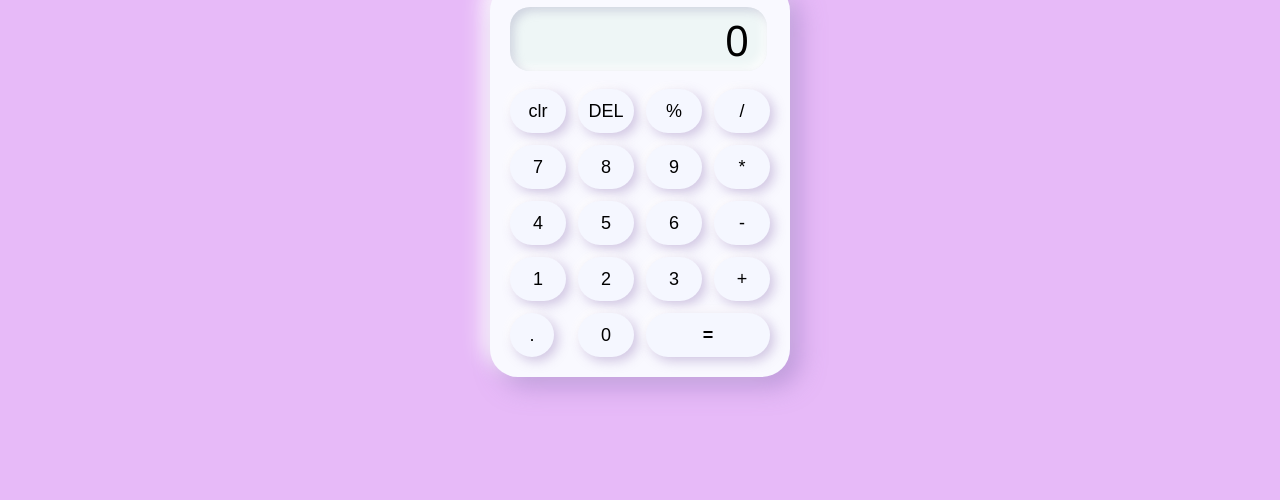
Repository: meti-guda/simple-calculator
Page: index.html
These files come from the project's save history. The page is drawn as it stood at one moment and after the next save; the edit follows.
The browser window is 1280 px wide. The pictures show the whole page.

Above is the page before, as saved 2025-12-11 12:39:16.

### index.html
<!DOCTYPE html>
<html lang="en">
  <head>
    <meta charset="UTF-8" />
    <title>Simple Calculator</title>
    <link rel="stylesheet" href="style.css" />
  </head>
  <body>
    <div class="contianer">
      <div class="calculator">
        <div class="display">
          <div class="expression" id="expression">0</div>
        </div>

        <div class="values">
          <button data-action="clear">clr</button>
          <button data-action="del">DEL</button>
          <button data-value="%">%</button>
          <button data-value="/">/</button>

          <button data-value="7">7</button>
          <button data-value="8">8</button>
          <button data-value="9">9</button>
          <button data-value="*">*</button>

          <button data-value="4">4</button>
          <button data-value="5">5</button>
          <button data-value="6">6</button>
          <button data-value="-">-</button>

          <button data-value="1">1</button>
          <button data-value="2">2</button>
          <button data-value="3">3</button>
          <button data-value="+">+</button>

          <button class="dot" data-value=".">.</button>
          <button data-value="0">0</button>
          <button class="equal" data-action="equals">=</button>
        </div>
      </div>
    </div>

    <script src="index.js"></script>
  </body>
</html>

### style.css
body {
  height: 50vh;
  display: flex;
  align-items: center;
  justify-content: center;
  background-color: #e7baf8;
  font-family: "Segoe UI", system-ui, sans-serif;
  box-sizing: border-box;
  margin: 0;
  padding: 0;
}

.container {
  padding: 16px;
}

.calculator {
  width: 260px;
  padding: 24px 20px 20px;
  border-radius: 28px;
  background-color: #f9f9ff;
  box-shadow: 10px 10px 25px rgba(150, 121, 189, 0.5),
    -8px -8px 20px rgba(255, 255, 255, 0.95);
}

.display {
  width: 85%;
  height: 64px;
  border-radius: 20px;
  background-color: #eef6f6;
  box-shadow: inset 4px 4px 10px rgba(161, 161, 190, 0.4),
    inset -4px -4px 10px rgba(255, 255, 255, 0.9);
  display: flex;
  align-items: center;
  justify-content: flex-end;
  padding: 0 18px;
  margin-bottom: 18px;
  overflow: hidden;
}

.expression {
  font-size: 42px;
  color: #000;
  white-space: nowrap;
}

.values {
  display: grid;
  grid-template-columns: repeat(4, 1fr);
  grid-gap: 12px;
}

.values button {
  border: none;
  outline: none;
  height: 44px;
  border-radius: 999px;
  background-color: #f5f7ff;
  box-shadow: 4px 4px 12px rgba(157, 132, 188, 0.45),
    -3px -3px 9px rgba(255, 255, 255, 1);
  color: #000;
  font-size: 18px;
  cursor: pointer;
  transition: transform 0.08s ease, box-shadow 0.08s ease, background 0.1s;
}

.values button:active {
  transform: translateY(1px);
  box-shadow: inset 3px 3px 8px rgba(157, 132, 188, 0.45),
    inset -2px -2px 6px rgba(255, 255, 255, 1);
}
button:hover {
  background-color: #a170af;
  color: white;
}
.dot {
  justify-self: flex-start;
  width: 44px;
}

.equal {
  grid-column: span 2;
  font-weight: 600;
  box-shadow: 4px 4px 12px rgba(160, 100, 150, 0.6),
    -3px -3px 9px rgba(255, 255, 255, 1);
}

.equal:active {
  box-shadow: inset 3px 3px 8px rgba(160, 100, 150, 0.6),
    inset -2px -2px 6px rgba(255, 255, 255, 1);
}

### index.js
class Calculator {
  constructor() {
    this.displayValue = "0";
    this.previousValue = null;
    this.operation = null;
    this.shouldResetDisplay = false;

    // your display div has class="expression"
    this.displayElement = document.querySelector(".expression");

    this.setupEventListeners();
    this.updateDisplay();
  }

  setupEventListeners() {
    // number buttons: have data-value with 0–9 but NO data-action
    document.querySelectorAll(".values button").forEach((btn) => {
      const action = btn.dataset.action;
      const value = btn.dataset.value;

      if (!action && value !== undefined) {
        // treat as number or dot key
        if (value === ".") {
          btn.addEventListener("click", () => this.handleDecimal());
        } else {
          btn.addEventListener("click", () => this.handleNumber(value));
        }
      } else if (action) {
        // action keys
        if (action === "equals") {
          btn.addEventListener("click", () => this.handleEquals());
        } else if (action === "clear") {
          btn.addEventListener("click", () => this.handleClear());
        } else if (action === "del") {
          btn.addEventListener("click", () => this.handleDelete());
        }
      }

      // operator keys have data-value of + - * / %
      if (["+", "-", "*", "/", "%"].includes(value)) {
        btn.addEventListener("click", () => this.handleOperator(value));
      }
    });

    // keyboard support
    document.addEventListener("keydown", (e) => this.handleKeyboard(e));
  }

  handleNumber(num) {
    if (this.shouldResetDisplay) {
      this.displayValue = num;
      this.shouldResetDisplay = false;
    } else {
      this.displayValue =
        this.displayValue === "0" ? num : this.displayValue + num;
    }
    this.updateDisplay();
  }

  handleDecimal() {
    if (this.shouldResetDisplay) {
      this.displayValue = "0.";
      this.shouldResetDisplay = false;
    } else if (!this.displayValue.includes(".")) {
      this.displayValue += ".";
    }
    this.updateDisplay();
  }

  handleOperator(op) {
    const current = parseFloat(this.displayValue);

    if (this.previousValue === null) {
      this.previousValue = current;
    } else if (this.operation) {
      const result = this.calculate(
        this.previousValue,
        current,
        this.operation
      );
      this.displayValue = this.formatResult(result);
      this.previousValue = result;
      this.updateDisplay();
    }

    this.operation = op;
    this.shouldResetDisplay = true;
  }

  handleEquals() {
    if (this.operation === null || this.previousValue === null) {
      return;
    }

    const current = parseFloat(this.displayValue);
    const result = this.calculate(this.previousValue, current, this.operation);
    this.displayValue = this.formatResult(result);
    this.previousValue = null;
    this.operation = null;
    this.shouldResetDisplay = true;
    this.updateDisplay();
  }

  handleClear() {
    this.displayValue = "0";
    this.previousValue = null;
    this.operation = null;
    this.shouldResetDisplay = false;
    this.updateDisplay();
  }

  handleDelete() {
    if (this.displayValue === "0" || this.shouldResetDisplay) {
      return;
    }
    this.displayValue = this.displayValue.slice(0, -1) || "0";
    this.updateDisplay();
  }

  calculate(prev, current, op) {
    switch (op) {
      case "+":
        return prev + current;
      case "-":
        return prev - current;
      case "*":
        return prev * current;
      case "/":
        return current !== 0 ? prev / current : 0;
      case "%":
        return prev % current;
      default:
        return current;
    }
  }

  formatResult(num) {
    return parseFloat(num.toFixed(10)).toString();
  }

  handleKeyboard(e) {
    if (e.key >= "0" && e.key <= "9") this.handleNumber(e.key);
    if (e.key === ".") this.handleDecimal();
    if (["+", "-", "*", "/", "%"].includes(e.key)) {
      e.preventDefault();
      this.handleOperator(e.key);
    }
    if (e.key === "Enter" || e.key === "=") {
      e.preventDefault();
      this.handleEquals();
    }
    if (e.key === "Backspace") {
      e.preventDefault();
      this.handleDelete();
    }
    if (e.key === "Escape") {
      e.preventDefault();
      this.handleClear();
    }
  }

  updateDisplay() {
    this.displayElement.textContent = this.displayValue;
  }
}

// create calculator once DOM is loaded
document.addEventListener("DOMContentLoaded", () => {
  new Calculator();
});

After the next save:
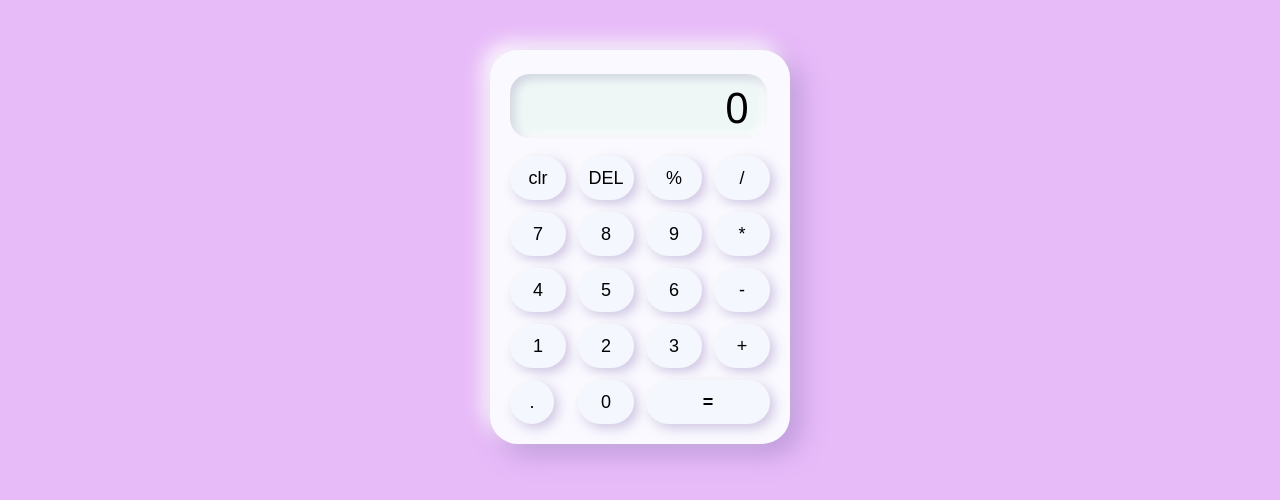
Saved 14 s later.
--- a/style.css
+++ b/style.css
@@ -1,12 +1,11 @@
 body {
-  height: 50vh;
   display: flex;
   align-items: center;
   justify-content: center;
   background-color: #e7baf8;
   font-family: "Segoe UI", system-ui, sans-serif;
   box-sizing: border-box;
-  margin: 0;
+  margin-top: 50px;
   padding: 0;
 }
 
